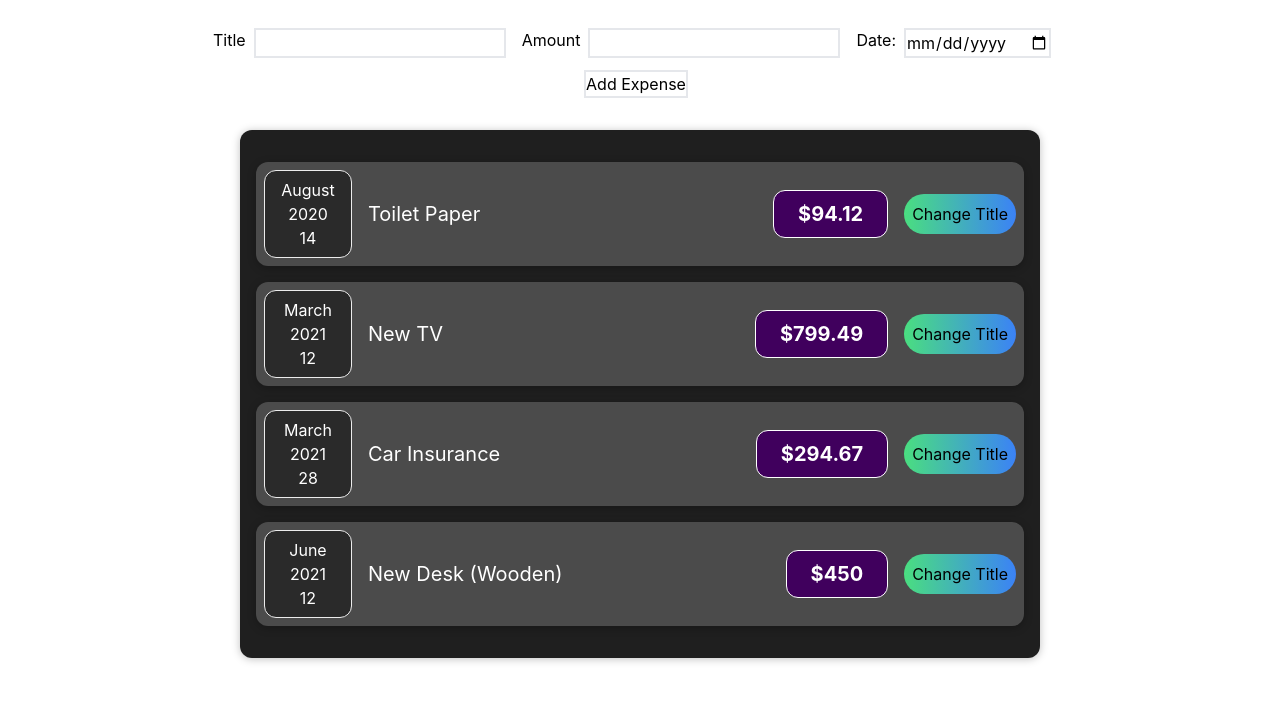
Repository: Sef24/expense-tracker
Page: /
The author's editor kept a copy of each file at every save. The page is drawn from the files as they stood at one save, then again after a run of saves.
The browser window is 1280 px wide. The pictures show the whole page.
The project was rebuilt for these pictures with package versions that can differ from the ones it lists, and the page was loaded fresh each time. Also part of the build but not shown: src/components/NewExpense/NewExpense.css, src/components/NewExpense/ExpenseForm.css.

Above is the page before, as saved 2022-04-25 20:01:57.

After the next 2 saves:
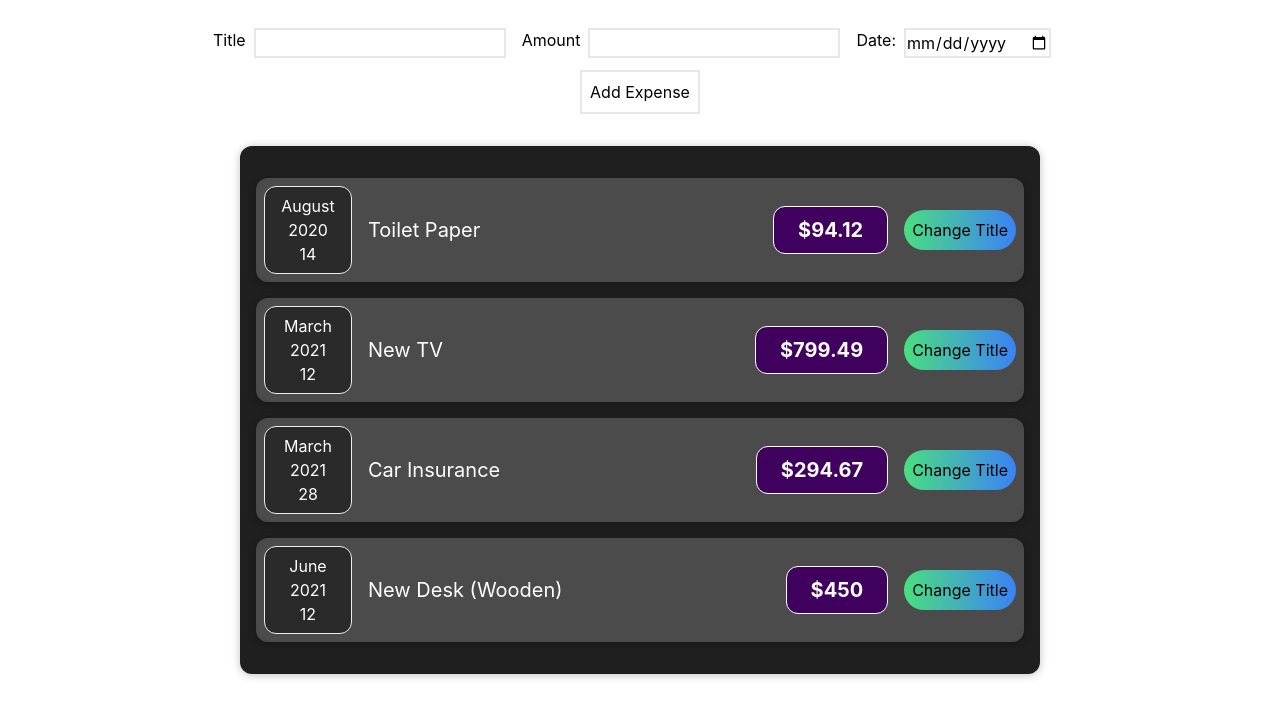
The 2 saves are shown as one change because they came seconds apart.
The last was saved 9 s later.
--- a/src/components/NewExpense/ExpenseForm.js
+++ b/src/components/NewExpense/ExpenseForm.js
@@ -20,7 +20,7 @@ function ExpenseForm() {
         <input className="border-2 mr-4 ml-2" type="date" />
       </div>
       <div className="flex justify-center">
-        <button className="border-2 mr-4 ml-2">Add Expense</button>
+        <button className="border-2 p-2">Add Expense</button>
       </div>
     </form>
   );
